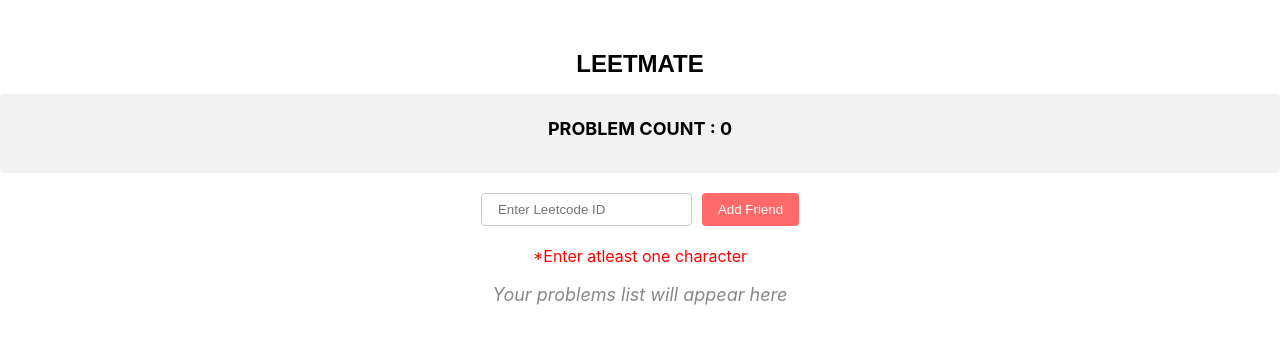
Repository: Sanketh149/leetcode-discord
Page: /
An editor plug-in stored every save of this project. The page is shown before and after the next save, followed by the edit.
The browser window is 1280 px wide. The pictures show the whole page.
The project was rebuilt for these pictures with package versions that can differ from the ones it lists, and the page was loaded fresh each time. Also part of the build but not shown: src/Modal.module.css, src/Modal.js, src/Cart.module.css, src/Cart.js.

Above is the page before, as saved 2023-06-21 18:07:56.

### public/index.html
<!DOCTYPE html>
<html lang="en">
  <head>
    <meta charset="utf-8" />
    <link rel="icon" href="%PUBLIC_URL%/favicon.ico" />
    <meta name="viewport" content="width=device-width, initial-scale=1" />
    <meta name="theme-color" content="#000000" />
    <meta
      name="description"
      content="Web site created using create-react-app"
    />
    <link rel="apple-touch-icon" href="%PUBLIC_URL%/logo192.png" />
    <!--
      manifest.json provides metadata used when your web app is installed on a
      user's mobile device or desktop. See https://developers.google.com/web/fundamentals/web-app-manifest/
    -->
    <link rel="manifest" href="%PUBLIC_URL%/manifest.json" />
    <!--
      Notice the use of %PUBLIC_URL% in the tags above.
      It will be replaced with the URL of the `public` folder during the build.
      Only files inside the `public` folder can be referenced from the HTML.

      Unlike "/favicon.ico" or "favicon.ico", "%PUBLIC_URL%/favicon.ico" will
      work correctly both with client-side routing and a non-root public URL.
      Learn how to configure a non-root public URL by running `npm run build`.
    -->
    <title>LeetMate</title>
  </head>
  <body>
    <noscript>You need to enable JavaScript to run this app.</noscript>
    <div id="root"></div>
    <div id="overlays"></div>
    <!--
      This HTML file is a template.
      If you open it directly in the browser, you will see an empty page.

      You can add webfonts, meta tags, or analytics to this file.
      The build step will place the bundled scripts into the <body> tag.

      To begin the development, run `npm start` or `yarn start`.
      To create a production bundle, use `npm run build` or `yarn build`.
    -->
  </body>
</html>

### src/App.js
import React, { useState } from "react";
import "./App.css";
import Cart from "./Cart";
const API_ENDPOINT = "/graphql";
const App = () => {
  const [username, setUsername] = useState("");
  const [user, setUser] = useState([]);
  const [leetId, setLeetId] = useState([]);
  const displayTitle = (item, titleSlug) => {
    const exisitingTitles = user.map((innerArray) => innerArray[0]);
    const exisitingSlugs = user.map((innerArray) => innerArray[1]);
    const uniqueTitles = [...new Set([...exisitingTitles, ...item])];
    const uniqueSlugs = [...new Set([...exisitingSlugs, ...titleSlug])];
    // const uniquePairs = uniqueTitles.map((name, index) => ({
    //   name,
    //   link: uniqueSlugs[index],
    // }));
    const uniquePairs = [];
    for (let i = 0; i < uniqueSlugs.length; i++) {
      const temp = [uniqueTitles[i], uniqueSlugs[i]];
      uniquePairs.push(temp);
    }
    setUser((prevState) => {
      return uniquePairs;
    });
  };

  const handleFormSubmit = async (event) => {
    event.preventDefault();

    const query = `
      {
        recentAcSubmissionList(username: "${username}") {
          id
          title
          titleSlug
        }
      }
    `;

    const url = `${API_ENDPOINT}?query=${encodeURIComponent(query)}`;

    fetch(url)
      .then((response) => response.json())
      .then((result) => {
        const titles = result.data.recentAcSubmissionList.map(
          (submission) => submission.title
        );
        const titleslugs = result.data.recentAcSubmissionList.map(
          (submission) => submission.titleSlug
        );
        displayTitle(titles, titleslugs);
        if (username.length >= 0 && !leetId.includes(username)) {
          setLeetId((prevState) => [...prevState, username]);
        }
        setUsername("");
      })
      .catch((error) => {
        setCartIsShown(true);
      });
  };

  const handleSubmit = (event) => {
    event.preventDefault();
    handleFormSubmit(event);
    // if (username.length >= 0 && !leetId.includes(username)) {
    //   setLeetId((prevState) => [...prevState, username]);
    // }
    // setUsername("");
  };
  const [cartIsShown, setCartIsShown] = useState(false);
  const showCartHandler = () => {
    setCartIsShown(true);
  };
  const hideCartHandler = () => {
    setCartIsShown(false);
    setUsername("");
  };
  const isSubmitDisabled = username.trim().length === 0;
  return (
    <div className="app">
      {cartIsShown && <Cart onClose={hideCartHandler} shownName={username} />}
      <h1 className="app__title">LEETMATE</h1>
      <div className="problemCountCard">
        {" "}
        <p className="problemCount">PROBLEM COUNT : {user.length}</p>
      </div>
      <form onSubmit={handleSubmit} className="app__form">
        <input
          type="text"
          value={username}
          onChange={(event) => setUsername(event.target.value)}
          placeholder="Enter Leetcode ID"
          className="app__input"
        />
        <button
          type="submit"
          className={`${
            isSubmitDisabled === true ? "app__button_disabled" : "app__button"
          }`}
          disabled={isSubmitDisabled}
        >
          Add Friend
        </button>
      </form>
      {isSubmitDisabled === true && (
        <div style={{ display: "block" }} className="errorShow">
          {" "}
          *Enter atleast one character
        </div>
      )}
      {leetId.map((item) => (
        <a href={`https://leetcode.com/${item}`} target="_blank">
          <button className="displayNameButton">{item}</button>
        </a>
      ))}
      {user.length > 0 && (
        <div>
          <b>
            {" "}
            Provided below are the links to the problems solved by above users
          </b>
        </div>
      )}
      {user.length > 0 ? (
        <ul className="app__list">
          {user.map((item) => (
            <li className="app__item">
              <a
                href={`https://leetcode.com/problems/${item[1]}`}
                target="_blank"
              >
                {item[0]}
              </a>
            </li>
          ))}
        </ul>
      ) : (
        <p className="app__message">Your problems list will appear here</p>
      )}
    </div>
  );
};

export default App;

### src/App.css
.app {
  text-align: center;
  margin-top: 50px;
}

.app__title {
  font-family: Arial, Helvetica, sans-serif;
  font-size: 24px;
}

.app__form {
  display: flex;
  justify-content: center;
  margin-bottom: 20px;
  margin-top: 20px;
}

.app__input {
  padding: 8px 16px;
  margin-right: 10px;
  border-radius: 4px;
  border: 1px solid #ccc;
}

.app__button {
  padding: 8px 16px;
  border-radius: 4px;
  background-color: #007bff;
  color: #fff;
  border: none;
  cursor: pointer;
}

.app__button_disabled {
  padding: 8px 16px;
  border-radius: 4px;
  background-color: #ff6969;
  color: #fff;
  border: none;
  cursor: pointer;
}

.app__list {
  list-style: none;
  padding-left: 0;
  margin-bottom: 20px;
}

.app__item {
  font-size: 18px;
  margin-bottom: 10px;
}

.app__message {
  font-size: 18px;
  font-style: italic;
  color: #888;
}

.app__list a {
  color: #007bff; /* Set the color for regular links */
  text-decoration: none; /* Remove underline for links */
}

.app__list a:visited {
  color: #007bff; /* Set the color for visited links */
}

.errorShow {
  color: red;
}

.displayNameButton {
  background-color: #f2f2f2;
  border: 1px solid black;
  border-radius: 4px;
  padding: 8px 12px;
  font-size: 14px;
  cursor: pointer;
  margin: 1rem;
}
.displayNameButton:hover {
  background-color: #e0e0e0;
}
.problemCountCard {
  background-color: #f2f2f2;
  padding: 16px;
  margin-top: 16px;
  border-radius: 4px;
}
.problemCount {
  font-size: large;
  font-weight: bold;
  margin-top: 8px;
}

Loaded but not shown: src/index.js (common file); src/index.css (common file); src/reportWebVitals.js (common file)

After the next save:
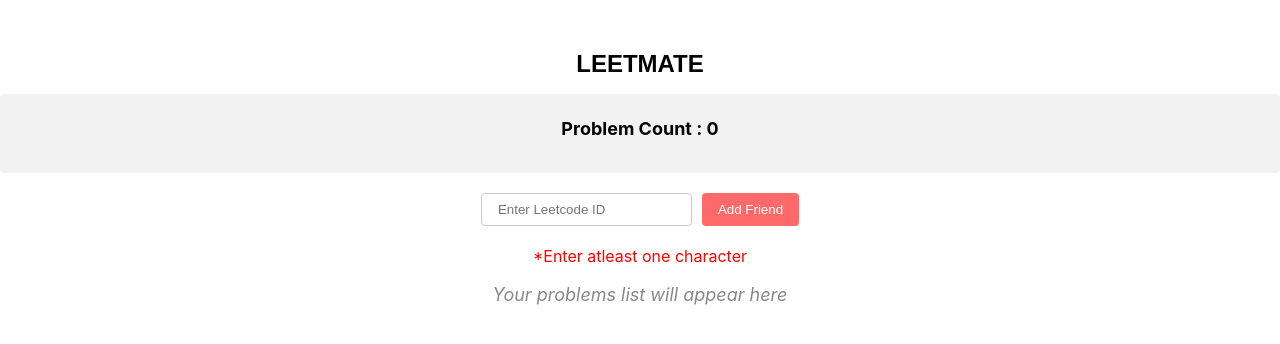
Saved 22 s later.
--- a/src/App.js
+++ b/src/App.js
@@ -83,7 +83,7 @@
       <h1 className="app__title">LEETMATE</h1>
       <div className="problemCountCard">
         {" "}
-        <p className="problemCount">PROBLEM COUNT : {user.length}</p>
+        <p className="problemCount">Problem Count : {user.length}</p>
       </div>
       <form onSubmit={handleSubmit} className="app__form">
         <input
